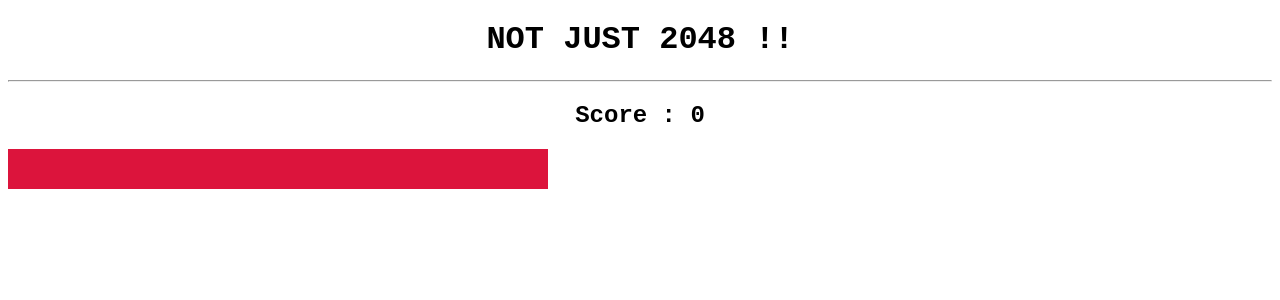
Repository: Prathamyadav1123/2048Game
Page: NotJust2048-main/2048.html
An editor plug-in stored every save of this project. The page is shown before and after a run of saves, followed by the edit.
The browser window is 1280 px wide. The pictures show the whole page.

Above is the page before, as saved 2023-05-31 19:39:16.

After the next 2 saves:
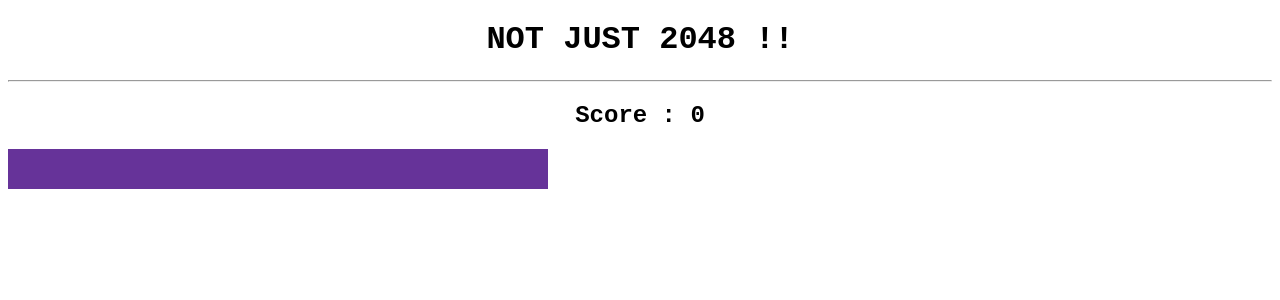
The 2 saves are shown as one change because they came seconds apart.
The last was saved 7 s later.
--- a/NotJust2048-main/2048.css
+++ b/NotJust2048-main/2048.css
@@ -6,5 +6,5 @@ body{
     width: 500px;
     color: crimson;
     background-color: aquamarine;
-    border: 20px solid ;
+    border: 20px solid rebeccapurple;
 }
